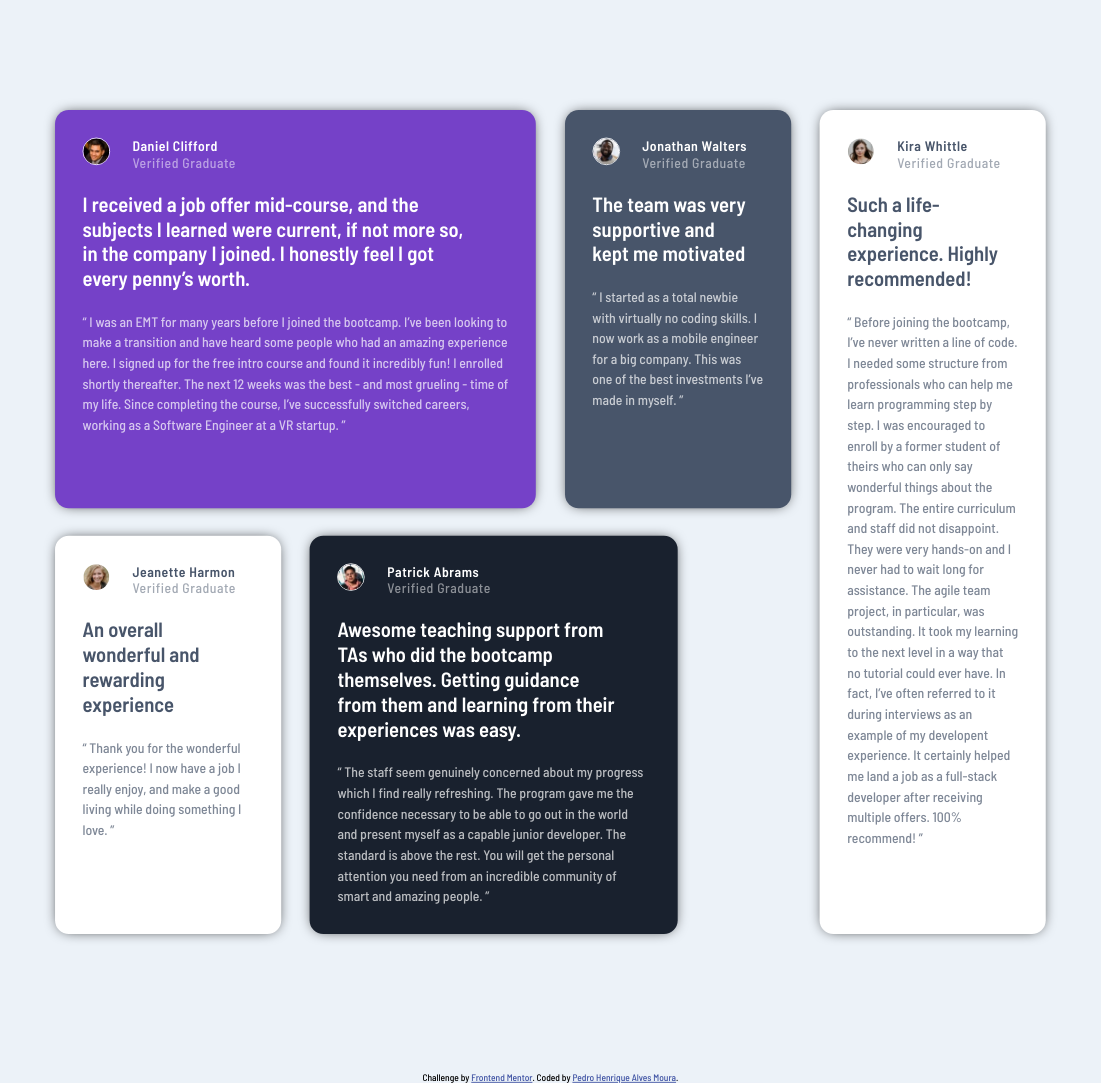
Repository: Pedrohamoura-Git/Frontend-Mentor-Challenges
Page: Junior/testimonials-grid-section-main/index.html
The author's editor kept a copy of each file at every save. The page is drawn from the files as they stood at one save, then again after a run of saves.
The browser window is 1280 px wide. The pictures show the whole page, at 86% of full size.

Above is the page before, as saved 2021-06-02 10:07:04.

### Junior/testimonials-grid-section-main/index.html
<!DOCTYPE html>
<html lang="en">
<head>
  <meta charset="UTF-8">
  <meta name="viewport" content="width=device-width, initial-scale=1.0"> <!-- displays site properly based on user's device -->

  <link rel="stylesheet" href="css/style.css">

  <title>Frontend Mentor | [Challenge Name Here]</title>

  <!-- Feel free to remove these styles or customise in your own stylesheet 👍 -->
  <style>
    .attribution { font-size: 11px; text-align: center; }
    .attribution a { color: hsl(228, 45%, 44%); }
  </style>
</head>
<body>

  <div id="wrapper">
    <div id="cards">
      <div id="card1">
        <header>
          <div class="picture">
            <img  src="images/image-daniel.jpg" alt="Daniel Clifford's Picture">
          </div>

          <div class="profile">
            <p>Daniel Clifford</p>
            <p class="status">Verified Graduate</p>
          </div>
          <div class="quotes"></div>
        </header>


        <h2>I received a job offer mid-course, and the subjects I learned were current, if not more so, in the company I joined. I honestly feel I got every penny’s worth.</h2>

        <p class="reviews">“ I was an EMT for many years before I joined the bootcamp. I’ve been looking to make a transition and have heard some people who had an amazing experience here. I signed up for the free intro course and found it incredibly fun! I enrolled shortly thereafter. The next 12 weeks was the best - and most grueling - time of my life. Since completing the course, I’ve successfully switched careers, working as a Software Engineer at a VR startup. ”</p>
      </div>

      <div id="card2">
        <header>
          <div class="picture">
            <img src="images/image-jonathan.jpg" alt="Jonathan Walters's Picture">
          </div>

          <div class="profile">
            <p>Jonathan Walters</p>
            <p class="status">Verified Graduate</p>
          </div>
        </header>

        <h2>The team was very supportive and kept me motivated</h2>

        <p class="reviews">“ I started as a total newbie with virtually no coding skills. I now work as a mobile engineer
          for a big company. This was one of the best investments I’ve made in myself. ”</p>
      </div>


      <div id="card3">
        <header>
          <div class="picture">
            <img src="images/image-jeanette.jpg" alt="Jeanette Harmon's Picture">
          </div>

          <div class="profile">
            <p>Jeanette Harmon</p>
            <p class="status">Verified Graduate</p>
          </div>
        </header>

        <h2>An overall wonderful and rewarding experience</h2>

        <p class="reviews">“ Thank you for the wonderful experience! I now have a job I really enjoy, and make a good living
          while doing something I love. ”</p>
      </div>

      <div id="card4">
        <header>
          <div class="picture">
            <img src="images/image-patrick.jpg" alt="Patrick Abrams's Picture">
          </div>

          <div class="profile">
            <p>Patrick Abrams</p>
            <p class="status">Verified Graduate</p>
          </div>
        </header>

        <h2>Awesome teaching support from TAs who did the bootcamp themselves. Getting guidance from them and
          learning from their experiences was easy.</h2>

        <p class="reviews">“ The staff seem genuinely concerned about my progress which I find really refreshing. The program
          gave me the confidence necessary to be able to go out in the world and present myself as a capable
          junior developer. The standard is above the rest. You will get the personal attention you need from
          an incredible community of smart and amazing people. ”</p>
      </div>

      <div id="card5">
        <header>
          <div class="picture">
            <img src="images/image-kira.jpg" alt="Kira Whittle's Picture">
          </div>

          <div class="profile">
            <p>Kira Whittle</p>
            <p class="status">Verified Graduate</p>
          </div>
        </header>

        <h2>Such a life-changing experience. Highly recommended!</h2>

        <p class="reviews">“ Before joining the bootcamp, I’ve never written a line of code. I needed some structure from
          professionals who can help me learn programming step by step. I was encouraged to enroll by a former
          student of theirs who can only say wonderful things about the program. The entire curriculum and staff
          did not disappoint. They were very hands-on and I never had to wait long for assistance. The agile team
          project, in particular, was outstanding. It took my learning to the next level in a way that no tutorial
          could ever have. In fact, I’ve often referred to it during interviews as an example of my developent
          experience. It certainly helped me land a job as a full-stack developer after receiving multiple offers.
          100% recommend! ”</p>
      </div>
    </div>
  </div>


  <div class="attribution">
    Challenge by <a href="https://www.frontendmentor.io?ref=challenge" target="_blank">Frontend Mentor</a>.
    Coded by <a href="#">Pedro Henrique Alves Moura</a>.
  </div>
</body>
</html>

### Junior/testimonials-grid-section-main/css/style.css
/*
** Core Formats
*/
    @import url('https://fonts.googleapis.com/css2?family=Barlow+Semi+Condensed:ital,wght@0,500;0,600;1,500;1,600&display=swap');


    * {
        box-sizing: border-box;
        font-family: "Barlow Semi Condensed";
        margin: 0;
        padding: 0;

    }

    html {
        Font-size: 13px;
    }

    body {
        background: hsl(210, 46%, 95%);
    }


/*
** Common Formats
*/
    #cards {
        color: white;
        margin: 10% auto;
        min-width: 200px;
        width: 90%;

        /* border: 1px solid red; */
    }
    #cards .picture img {
        border: 1.5px solid white;
        border-radius: 3rem;
        width: 55%;
    }

    #cards h2 {
        font-size: 1.5rem;
        margin-bottom: 1.5rem;
        max-width: 90%;
    }

    #cards div.profile {
        letter-spacing: .04rem;
        margin-bottom: 1.5rem;
    }

    #cards div.profile :first-child {
        font-weight: 600;
    }

    #cards div.profile p.status {
        opacity: 50%;
    }

    #cards p.reviews {
        font-size: 1rem;
        line-height: 1.5rem;
        opacity: 70%;
    }

    #card1, #card2, #card3, #card4, #card5 {
        border-radius: 1rem;
        box-shadow: 0 0 1rem -5px black;
        margin-bottom: 2rem;
        padding: 2rem;
    }


    header {
        display: flex;
    }



    /* CONFIGURAR A IMAGEM DE ASPAS DEPOIS


         #cards #card1 h2 {
        z-index: 10;
    }


    #card1 ::before {
        content: '';
        background: url(../images/bg-pattern-quotation.svg)no-repeat;
        width: 30%;
        height: 20%;
        position: absolute;
        top: 3rem;
        right: 2rem;
        z-index: 2;
    }
    } */




/*
** Card #1
*/
    #card1 {
        background: hsl(263, 55%, 52%);
    }



/*
** card #2
*/

    #card2 {
        background: hsl(217, 19%, 35%);
    }


/*
** card #3
*/
    #card3 {
        background: white;
        color: hsl(217, 19%, 35%);
    }


/*
** card #4
*/
    #card4 {
        background: hsl(219, 29%, 14%);
    }



/*
** card #5
*/
    #card5 {
        background: white;
        color: hsl(217, 19%, 35%);
    }


    /*
    ** Tablet Layout
    */
        @media (min-width: 720px) {

            html {
                font-size: 16px;
            }

            #cards {
                display: grid;
                grid-template-columns: repeat(2, 1fr);
                column-gap: 2.1rem;
            }

            #card1 {
                grid-column: 1 / span 2;
            }

            #card4 {
                grid-column: 1 / span 2;
            }

            #card5 {
                grid-column: 1 / span 2;
            }
        }



    /*
    ** Desktop - Layout
    */
        @media (min-width: 1080px) {
            #cards {
                display: grid;
                grid-template-columns: repeat(4, 1fr);
                grid-template-rows: repeat(2, 1fr);
            }


            #card1 {
                grid-column: 1 / span 2;
                grid-row: 1;
            }

            #card4 {
                grid-column: 2 / span 3;
                grid-row: 2;
                width: 50%;
            }


            #card5 {
                grid-column: 4;
                grid-row: 1 / span 2;
            }
        }

After the next 8 saves:
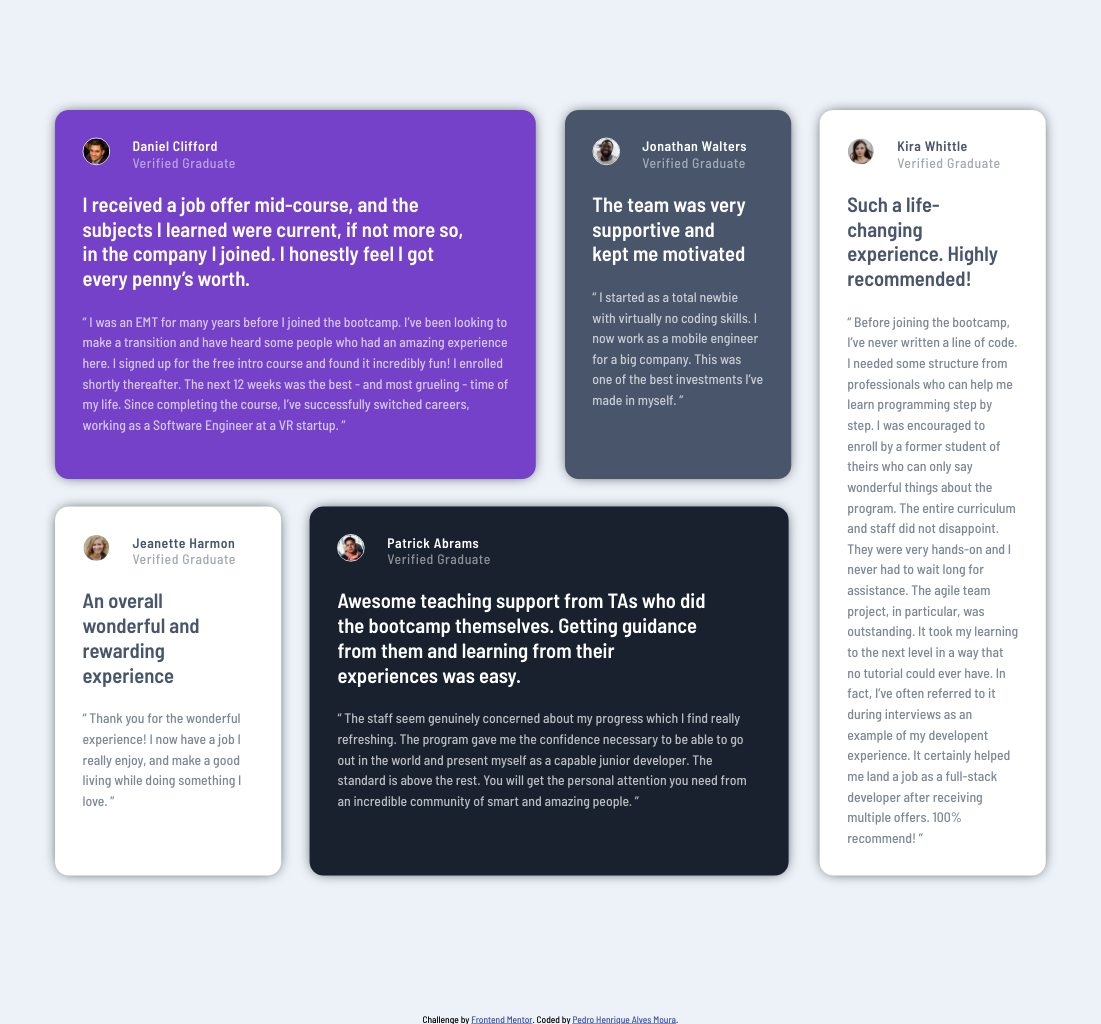
The 8 saves are shown as one change because they came seconds apart.
The last was saved 18 s later.
--- a/Junior/testimonials-grid-section-main/css/style.css
+++ b/Junior/testimonials-grid-section-main/css/style.css
@@ -194,7 +194,7 @@
             #card4 {
                 grid-column: 2 / span 3;
                 grid-row: 2;
-                width: 50%;
+                width: 65%;
             }
 
 
